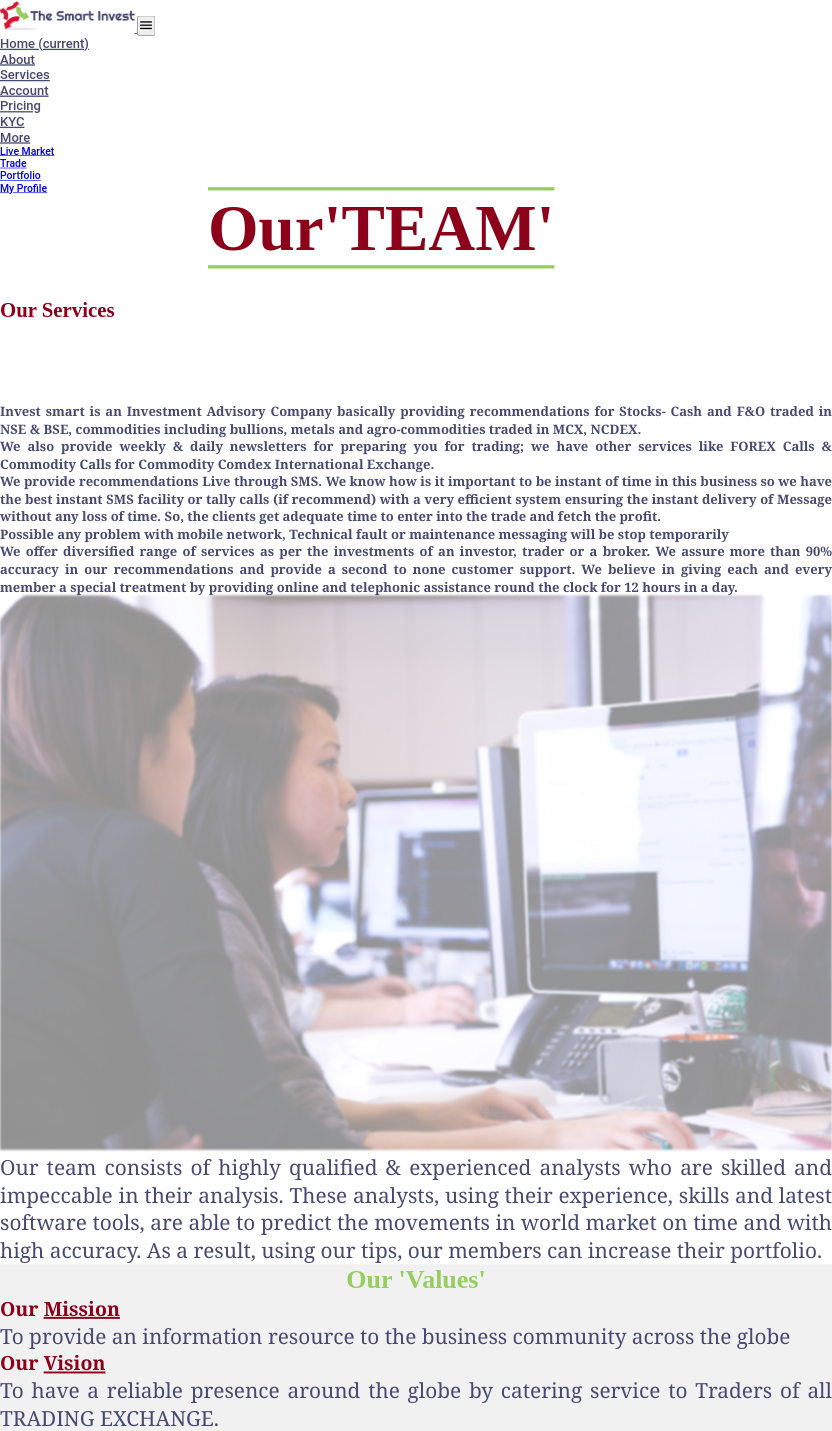
Repository: Demonster1999/Invest-Mart-new
Page: services.html
An editor plug-in stored every save of this project. The page is shown before and after the next save, followed by the edit.
The browser window is 1280 px wide. The pictures show the whole page, at 65% of full size.
Some web libraries are served in a nearby version.

Above is the page before, as saved 2020-05-01 21:24:33.
Console error: TypeError: Failed to execute 'addEventListener' on 'EventTarget': parameter 2 is not of type 'Object'.

### services.html
<!doctype html>
<html lang="en">

<head>
  <!-- Required meta tags -->
  <meta charset="utf-8">
  <meta name="viewport" content="width=device-width, initial-scale=1, shrink-to-fit=no">

  <!-- Material Design for Bootstrap fonts and icons -->
  <link rel="stylesheet" href="https://fonts.googleapis.com/css?family=Roboto:300,400,500,700|Material+Icons">

  <!-- Material Design for Bootstrap CSS -->
  <link rel="stylesheet"
    href="https://unpkg.com/bootstrap-material-design@4.1.1/dist/css/bootstrap-material-design.min.css"
    integrity="sha384-wXznGJNEXNG1NFsbm0ugrLFMQPWswR3lds2VeinahP8N0zJw9VWSopbjv2x7WCvX" crossorigin="anonymous">

    <link rel="stylesheet" href="static/css/custom.css">
  <title>Services: Invest-Smart</title>
</head>

<body style = "font-family : ROBOTO MEDIUM" onload="window.addEventListener('load', fadeEffect);">
  <!-- preloader start -->
<div class="preloader" style="opacity: 1;">
  <img src="static/imgs/preloaderspin.svg" class="filler-green" alt="spinner">
</div>
  <!-- preloader end  -->

  <!-- nav start -->

  <nav class="navbar navbar-expand-lg fixed-top   text-center   ">
     <a class="navbar-brand" href="#">
       <img src="static/imgs/smartlogo.png"  height = "50"
         class="d-inline-block align-top" alt="">

     </a>
  <button class="navbar-toggler" type="button" data-toggle="collapse" data-target="#navbarSupportedContent"
    aria-controls="navbarSupportedContent" aria-expanded="false" aria-label="Toggle navigation">
    <span class="navbar-toggler-icon material-icons">menu</span>
  </button>

    <div class="collapse navbar-collapse justify-content-end  " id="navbarSupportedContent">
      <ul class="navbar-nav ">
        <li class="nav-item active mx-2 p-2">
          <a class="nav-link2" href="index.html">Home <span class="sr-only">(current)</span></a>
        </li>

        <li class="nav-item mx-2  p-2">
          <a href="About.html" class="nav-link2">About</a>
        </li>
        <li class="nav-item mx-2 p-2"><a href="services.html" class="nav-link2 ">Services</a></li>
        <li class="nav-item mx-2 p-2"><a href="Account.html" class="nav-link2">Account</a></li>
        <li class="nav-item mx-2 p-2"><a href="pricing.html" class="nav-link2">Pricing</a> </li>
        <li class="nav-item mx-2 p-2">
          <a class="nav-link2 " href="kyc.html">KYC</a>
        </li>
        <li class="nav-item mx-2 p-2 dropdown">
          <a class="nav-link2 dropdown-toggle" href="#" id="navbarDropdown" role="button" data-toggle="dropdown"
            aria-haspopup="true" aria-expanded="false">
            More
          </a>
          <div class="dropdown-menu" style= "background-color : rgba(255,255,255,0.45)" aria-labelledby="navbarDropdown">
            <a class="dropdown-item" href="#">Live Market</a>
            <div class="dropdown-divider"></div>
            <a class="dropdown-item" href="#">Trade</a>
            <div class="dropdown-divider"></div>
            <a class="dropdown-item" href="#">Portfolio</a>
            <div class="dropdown-divider"></div>
            <a class="dropdown-item" href="#">My Profile</a>
          </div>
        </li>

      </ul>

    </div>
  </nav>

  <!--  abouts us start -->

  <div class="top-wrapper p-5 text-center ">

    <h1 >
      Our Services
    </h1>

  </div>

  <div class=" container text-justify mt-5 ourteam-text2 " style="  color:#484971;
;font-weight: 700;">

      <p>

         Invest smart is an Investment Advisory Company basically providing recommendations for Stocks- Cash and F&O traded in NSE
          & BSE, commodities including bullions, metals and agro-commodities traded in MCX, NCDEX.
      </p>

          <p> We also provide weekly & daily newsletters for preparing you for trading; we have other services like FOREX Calls &
          Commodity Calls for Commodity Comdex International Exchange. </p>
          <p>
We provide recommendations Live through SMS. We know how is it important to be instant of time in this business so we
have the best instant SMS facility or tally calls (if recommend) with a very efficient system ensuring the instant
delivery of Message without any loss of time. So, the clients get adequate time to enter into the trade and fetch the
profit.
          </p>

         <p>
          Possible any problem with mobile network, Technical fault or maintenance messaging will be stop temporarily

              <p>
                We offer diversified range of services as per the investments of an investor, trader or a broker. We assure more than
                90% accuracy in our recommendations and provide a second to none customer support. We believe in giving each and every
                member a special treatment by providing online and telephonic assistance round the clock for 12 hours in a day.

              </p>


  </div>


  <div class="row mt-5  p-3" >
    <div class="col-md-6">
        <img src="static/imgs/ourteam.jpg" class = "ourteam" alt="">

          <h1> Our'TEAM'</h1>


    </div>
    <div class="col-md-6 ">
      <p class ="m-5 ourteam-text p-1">
        Our team consists of highly qualified & experienced analysts who are skilled and impeccable in their analysis. These
        analysts, using their experience, skills and latest software tools, are able to predict the movements in world market on
        time and with high accuracy. As a result, using our tips, our members can increase their portfolio.
      </p>


    </div>
  </div>



  <div class=" container-fluid text-justify my-5 ourteam-text2  " style="  color:#484971;
  ;font-weight: 700; background-color:#f1f1f1;">
  <center>
  <h1 style="color: #97cc5e; font-family:cursive;" class="p-5"  > Our 'Values' </h1>
  </center>
  <div class="row">
    <div class="col-md-6 my-5">
    <h2 style="color:#8C001A ;" class="text-center">
      Our <u> Mission  </u>
    </h2>
    <p class="ourteam-text p-2 ">
      To provide an information resource to the business community across the globe
    </p>





    </div>
    <div class="col-md-6 my-5" >
      <h2 style="color:#8C001A ;" class="text-center">Our <u>Vision</u></h2>
      <p class=" ourteam-text p-2 ">
        To have a reliable presence around the globe by catering service to Traders of all TRADING EXCHANGE.
      </p>


    </div>

  </div>


  </div>



    <script src="https://code.jquery.com/jquery-3.2.1.slim.min.js"
    integrity="sha384-KJ3o2DKtIkvYIK3UENzmM7KCkRr/rE9/Qpg6aAZGJwFDMVNA/GpGFF93hXpG5KkN"
    crossorigin="anonymous"></script>
  <script src="https://unpkg.com/popper.js@1.12.6/dist/umd/popper.js"
    integrity="sha384-fA23ZRQ3G/J53mElWqVJEGJzU0sTs+SvzG8fXVWP+kJQ1lwFAOkcUOysnlKJC33U"
    crossorigin="anonymous"></script>
  <script src="https://unpkg.com/bootstrap-material-design@4.1.1/dist/js/bootstrap-material-design.js"
    integrity="sha384-CauSuKpEqAFajSpkdjv3z9t8E7RlpJ1UP0lKM/+NdtSarroVKu069AlsRPKkFBz9"
    crossorigin="anonymous"></script>
  <script>$(document).ready(function () { $('body').bootstrapMaterialDesign(); });</script>
  <script>
    const preloader = document.querySelector('.preloader');
    const fadeEffect = setInterval(() => {
      // if we don't set opacity 1 in CSS, then
      // it will be equaled to "" -- that's why
      // we check it, and if so, set opacity to 1
      if (!preloader.style.opacity) {
        preloader.style.opacity = 1;
      }
      if (preloader.style.opacity > 0) {
        preloader.style.opacity -= 0.1;
        preloader.classList.add("loaded");
      } else {
        clearInterval(fadeEffect);
      }

    }, 100);



  </script>
</body>

</html>

### static/css/custom.css
* {
  margin: 0;
  padding: 0;
}

.overlay {
  position: fixed;
  top: 0;
  left: 0;
  width: 100%;
  height: 100%;
  z-index: 1000;
}

html,
body {
  height: 100%;
}

body::-webkit-scrollbar {
  width: 0;

}
/* Nav Style  */
.navbar{
  background-color: rgba(255,255,255,0.45);
}

a.nav-link2{
  font-weight: bolder;
  font-size: 20px;
  color:#484971;

  width:5%;
  transition: .5s;
}
 a.nav-link2:hover{
 color: hsl(351, 69%, 58%);
  font-weight: 900;
   font-size: 25px;

 width:100%;

}
.nav-item a.nav-link:active {
   color: hsl(351, 69%, 58%);
   font-weight: 900;
   font-size: 25px;
   border-bottom: solid #de4a61;
   width: 100%;

 }

 /* nav Styles End  */

/* Picture Caption Hover Effect  */
.container2 {
  position: relative;
  width: 50%;
}

.image {
  display: block;
  width: 100%;
  height: auto;
}

.overlay {
  position: absolute;
  bottom: 0;
  left: 0;
  right: 0;
  background-color: #fff;
  overflow: hidden;
  width: 100%;
  height: 0;
  transition: .5s ease;
}

.container2:hover .overlay {
  height: 100%;
}

.text {
  color: #484971;
  font-size: 15px;
  font-weight: bold;
  position: absolute;
  top: 50%;
  left: 50%;
  -webkit-transform: translate(-50%, -50%);
  -ms-transform: translate(-50%, -50%);
  transform: translate(-50%, -50%);
  text-align: justify;
}
/* Picture Caption hover Effect end  */

.carousel-inner {
  width: 100%;


}

/* main page Carousel */
.carousel-item img {
  opacity: 0.2;
  width: 100%;
  height : 640px;
  object-fit: cover;
}

/* carosel Caption for main page  */
.carousel-caption {
  position : absolute;
  text-align: center;
  top : 30%;
  position:absolute;
  z-index: 30px;

}

/* Position of Join us button and hover */
.pos {
  position: absolute;
  z-index: 60px;
  bottom : 0;
  right: 0;
  font-size: 25px;

}
.pos:hover{
     border: 1px solid #888;
    }


    /* preloader effect */
.preloader {
  align-items: center;
  background: #fff;
  display: flex;
  height: 100vh;
  justify-content: center;
  left: 0;
  position: fixed;
  top: 0;
  transition: opacity 0.3s linear;
  width: 100%;
  z-index: 9999;
  opacity: 1;
  transform: opacity 1s linear;


}
 .filter-green {
   fill: red;

 }
.preloader.loaded {

  display: none;
}

    /* preloader  */


    /* Top wrapper  */
.top-wrapper{
 width : 100%;
 height : 320px;
  background-color: #fff;

}
.top-wrapper h1{
  position: relative;
  color: #8C001A;
  top : 50%;
  filter: blur(1px);
  font-family: cursive;
}

.ourteam{
width:100%;
filter: blur(2px);
opacity: 0.5;

}

.ourteam-text2 {

  color: #484971;
  font-size: 20px;
  font-weight: 500;
  text-align: justify;
  font-family: Cambria,
    Cochin,
    Georgia,
    Times,
    'Times New Roman',
    serif;
}

.ourteam + h1{
  position: absolute;
  top: 40%;
  left : 20%;
  text-align: center;
  color: #8C001A;
  border-bottom: 5px #97cc5e solid;
  border-top: 5px #97cc5e solid;

}


.ourteam-text{

color:#484971;
font-size: 20px ;
font-weight: 500;
text-align: justify;
font-family: Cambria,
Cochin,
Georgia,
Times,
'Times New Roman',
serif;
}


.employee
{
 width: 100%;
 height : 640px;
 filter: drop-shadow(3px);

}

.employee + h1 {
  position: absolute;
  top: 50%;
  color: #fff;

}
@media only screen and (min-width: 768px){


.ourteam + h1 {
  position: absolute;
  top: 40%;
  left: 25%;
  text-align: center;
  font-size: 100px;
  font-family: cursive;
  z-index: 10px;

}

.ourteam-text {

  position: relative;
  top : 25%;
  font-size: xx-large;
}




}

After the next save:
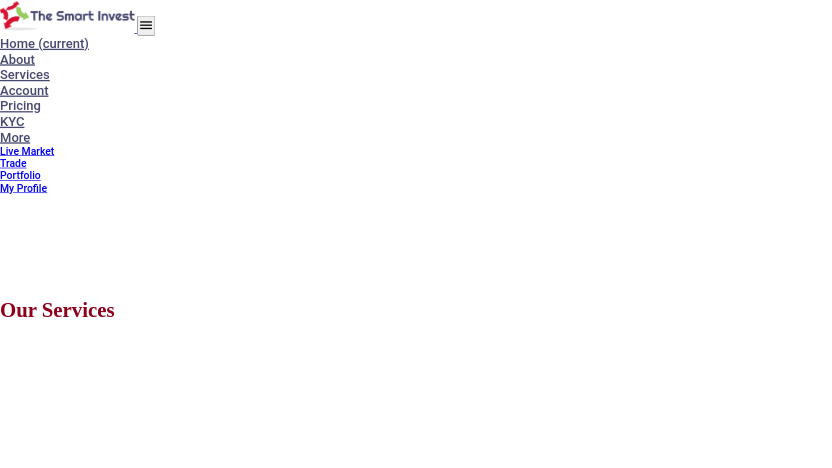
Saved 37 s later.
--- a/services.html
+++ b/services.html
@@ -84,91 +84,7 @@
 
   </div>
 
-  <div class=" container text-justify mt-5 ourteam-text2 " style="  color:#484971;
-;font-weight: 700;">
 
-      <p>
-
-         Invest smart is an Investment Advisory Company basically providing recommendations for Stocks- Cash and F&O traded in NSE
-          & BSE, commodities including bullions, metals and agro-commodities traded in MCX, NCDEX.
-      </p>
-
-          <p> We also provide weekly & daily newsletters for preparing you for trading; we have other services like FOREX Calls &
-          Commodity Calls for Commodity Comdex International Exchange. </p>
-          <p>
-We provide recommendations Live through SMS. We know how is it important to be instant of time in this business so we
-have the best instant SMS facility or tally calls (if recommend) with a very efficient system ensuring the instant
-delivery of Message without any loss of time. So, the clients get adequate time to enter into the trade and fetch the
-profit.
-          </p>
-
-         <p>
-          Possible any problem with mobile network, Technical fault or maintenance messaging will be stop temporarily
-
-              <p>
-                We offer diversified range of services as per the investments of an investor, trader or a broker. We assure more than
-                90% accuracy in our recommendations and provide a second to none customer support. We believe in giving each and every
-                member a special treatment by providing online and telephonic assistance round the clock for 12 hours in a day.
-
-              </p>
-
-
-  </div>
-
-
-  <div class="row mt-5  p-3" >
-    <div class="col-md-6">
-        <img src="static/imgs/ourteam.jpg" class = "ourteam" alt="">
-
-          <h1> Our'TEAM'</h1>
-
-
-    </div>
-    <div class="col-md-6 ">
-      <p class ="m-5 ourteam-text p-1">
-        Our team consists of highly qualified & experienced analysts who are skilled and impeccable in their analysis. These
-        analysts, using their experience, skills and latest software tools, are able to predict the movements in world market on
-        time and with high accuracy. As a result, using our tips, our members can increase their portfolio.
-      </p>
-
-
-    </div>
-  </div>
-
-
-
-  <div class=" container-fluid text-justify my-5 ourteam-text2  " style="  color:#484971;
-  ;font-weight: 700; background-color:#f1f1f1;">
-  <center>
-  <h1 style="color: #97cc5e; font-family:cursive;" class="p-5"  > Our 'Values' </h1>
-  </center>
-  <div class="row">
-    <div class="col-md-6 my-5">
-    <h2 style="color:#8C001A ;" class="text-center">
-      Our <u> Mission  </u>
-    </h2>
-    <p class="ourteam-text p-2 ">
-      To provide an information resource to the business community across the globe
-    </p>
-
-
-
-
-
-    </div>
-    <div class="col-md-6 my-5" >
-      <h2 style="color:#8C001A ;" class="text-center">Our <u>Vision</u></h2>
-      <p class=" ourteam-text p-2 ">
-        To have a reliable presence around the globe by catering service to Traders of all TRADING EXCHANGE.
-      </p>
-
-
-    </div>
-
-  </div>
-
-
-  </div>
 
 
 
